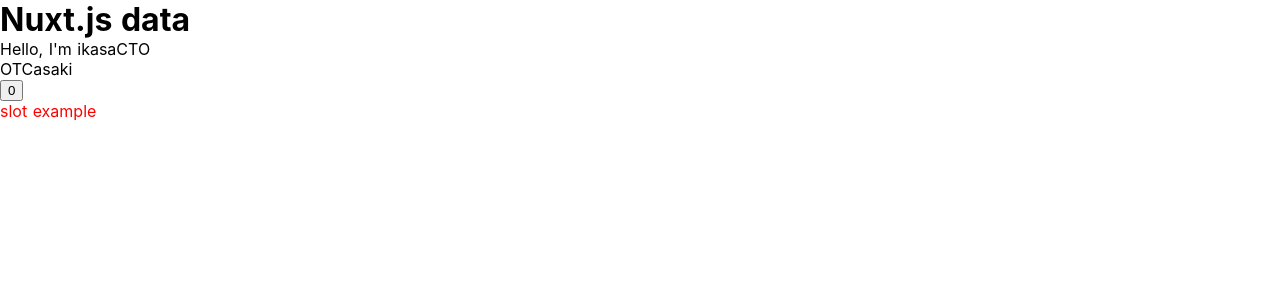
Repository: minoto9/nuxt-sample
Page: /
An editor plug-in stored every save of this project. The page is shown before and after a run of saves, followed by the edit.
The browser window is 1280 px wide. The pictures show the whole page.
The project was rebuilt for these pictures with package versions that can differ from the ones it lists, and the page was loaded fresh each time. The framework's server and built-in components were replaced by stand-ins that run in the browser. Also part of the build but not shown: nuxt.config.js.

Above is the page before, as saved 2019-06-09 11:39:16.

After the next 2 saves:
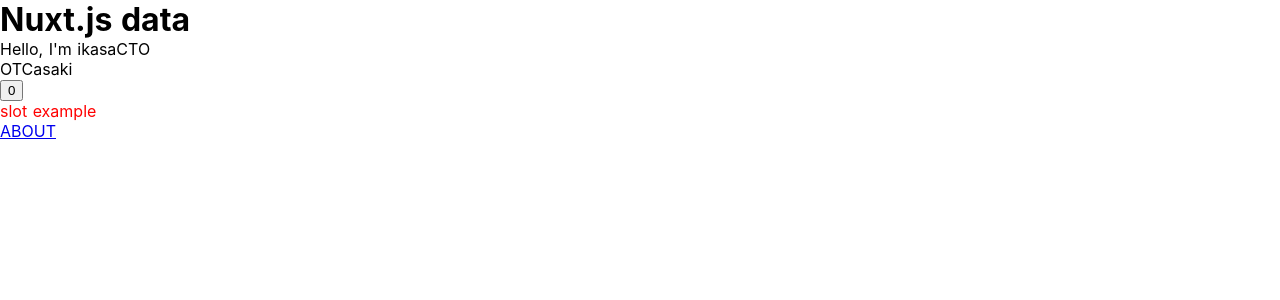
The 2 saves are shown as one change because 1 did not build or start.
The last was saved 3 min 10 s later.
--- a/pages/index.vue
+++ b/pages/index.vue
@@ -1,9 +1,12 @@
 <template>
-  <hoge :title="indexTitle" >
-    <div class="come">
-      slot example
-    </div>
-  </hoge>
+  <div>
+    <hoge :title="indexTitle" >
+      <div class="come">
+        slot example
+      </div>
+    </hoge>
+    <nuxt-link to="/about">ABOUT</nuxt-link>
+  </div>
 </template>
 
 <script>
